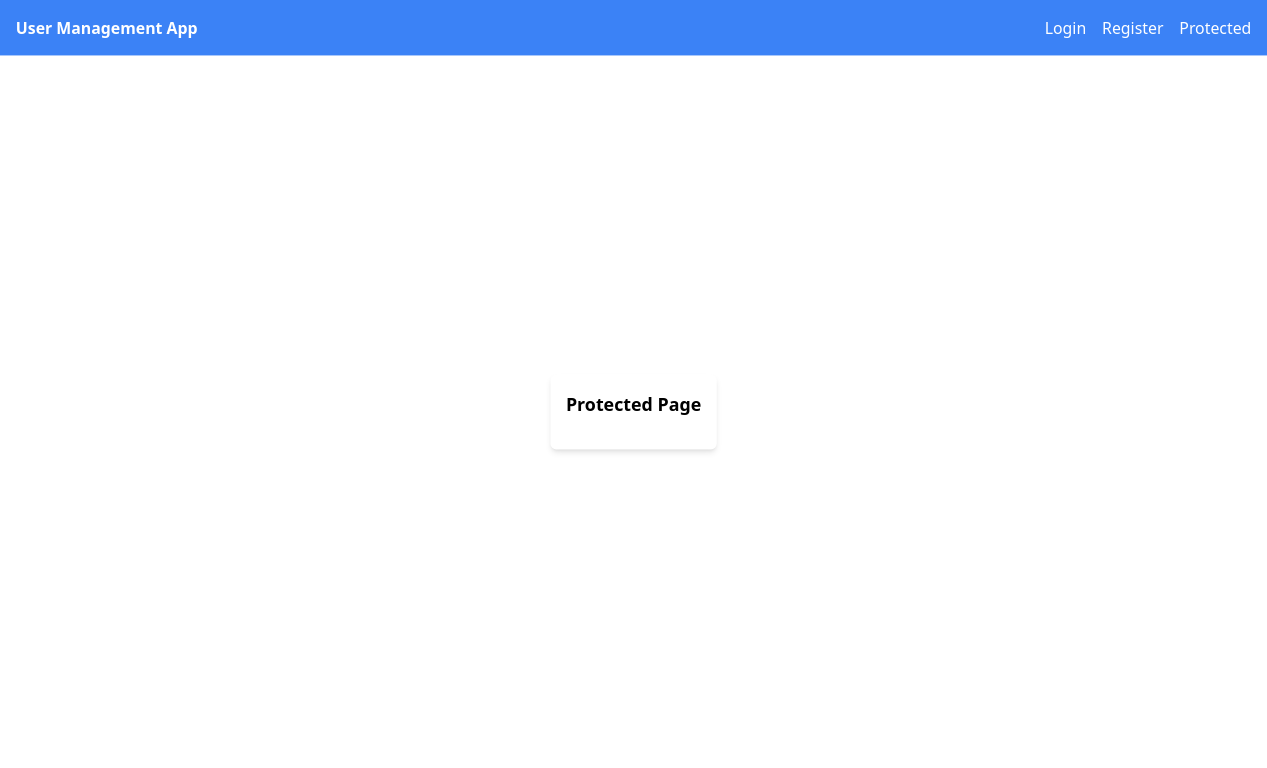
Repository: Ousman37/user-management-app
Page: /protected (app in user-management-frontend/)
An editor plug-in stored every save of this project. The page is shown before and after the next save, followed by the edit.
The browser window is 1280 px wide. The pictures show the whole page, at 99% of full size.
The page's requests for data from a server got no answer. The project was rebuilt for these pictures with package versions that can differ from the ones it lists, and the page was loaded fresh each time. No one was signed in, and anything a server would have sent is missing. Also part of the build but not shown: user-management-frontend/webpack.config.js, user-management-frontend/src/components/form/Login.jsx, user-management-frontend/src/components/form/Register.jsx.

Above is the page before, as saved 2024-08-25 11:05:37.

### user-management-frontend/src/App.js
import React from "react";
import { Routes, Route } from "react-router-dom";
import Login from "./components/form/Login";
import Register from "./components/form/Register";
import ProtectedPage from "./components/ProtectedPage";
import Navbar from "./components/navigation/Navbar";

function App() {
  return (
    <>
      <Navbar />
      <Routes>
        <Route path="/login" element={<Login />} />
        <Route path="/register" element={<Register />} />
        <Route path="/protected" element={<ProtectedPage />} />
      </Routes>
    </>
  );
}

export default App;

### user-management-frontend/src/components/ProtectedPage.jsx
import React, { useEffect, useState } from "react";
import axios from "axios";

function ProtectedPage() {
  const [message, setMessage] = useState("");

  useEffect(() => {
    const fetchProtectedData = async () => {
      const token = localStorage.getItem("token");
      const response = await axios.get("http://localhost:9000/api/protected", {
        headers: {
          Authorization: `Bearer ${token}`,
        },
      });
      setMessage(response.data.message);
    };

    fetchProtectedData();
  }, []);

  return (
    <div className="min-h-screen flex items-center justify-center">
      <div className="p-4 shadow-md rounded-md bg-white">
        <h2 className="text-lg font-bold mb-4">Protected Page</h2>
        <p>{message}</p>
      </div>
    </div>
  );
}

export default ProtectedPage;

### user-management-frontend/src/components/navigation/Navbar.jsx
import React from "react";
import { Link } from "react-router-dom";

function Navbar() {
  return (
    <nav className="bg-blue-500 p-4">
      <div className="container mx-auto flex justify-between">
        <div className="text-white font-bold">User Management App</div>
        <div className="space-x-4">
          <Link to="/login" className="text-white">
            Login
          </Link>
          <Link to="/register" className="text-white">
            Register
          </Link>
          <Link to="/protected" className="text-white">
            Protected
          </Link>
        </div>
      </div>
    </nav>
  );
}

export default Navbar;

Loaded but not shown: user-management-frontend/public/index.html (common file); user-management-frontend/src/index.js (common file); user-management-frontend/src/index.css (common file); user-management-frontend/tailwind.config.js (common file)

After the next save:
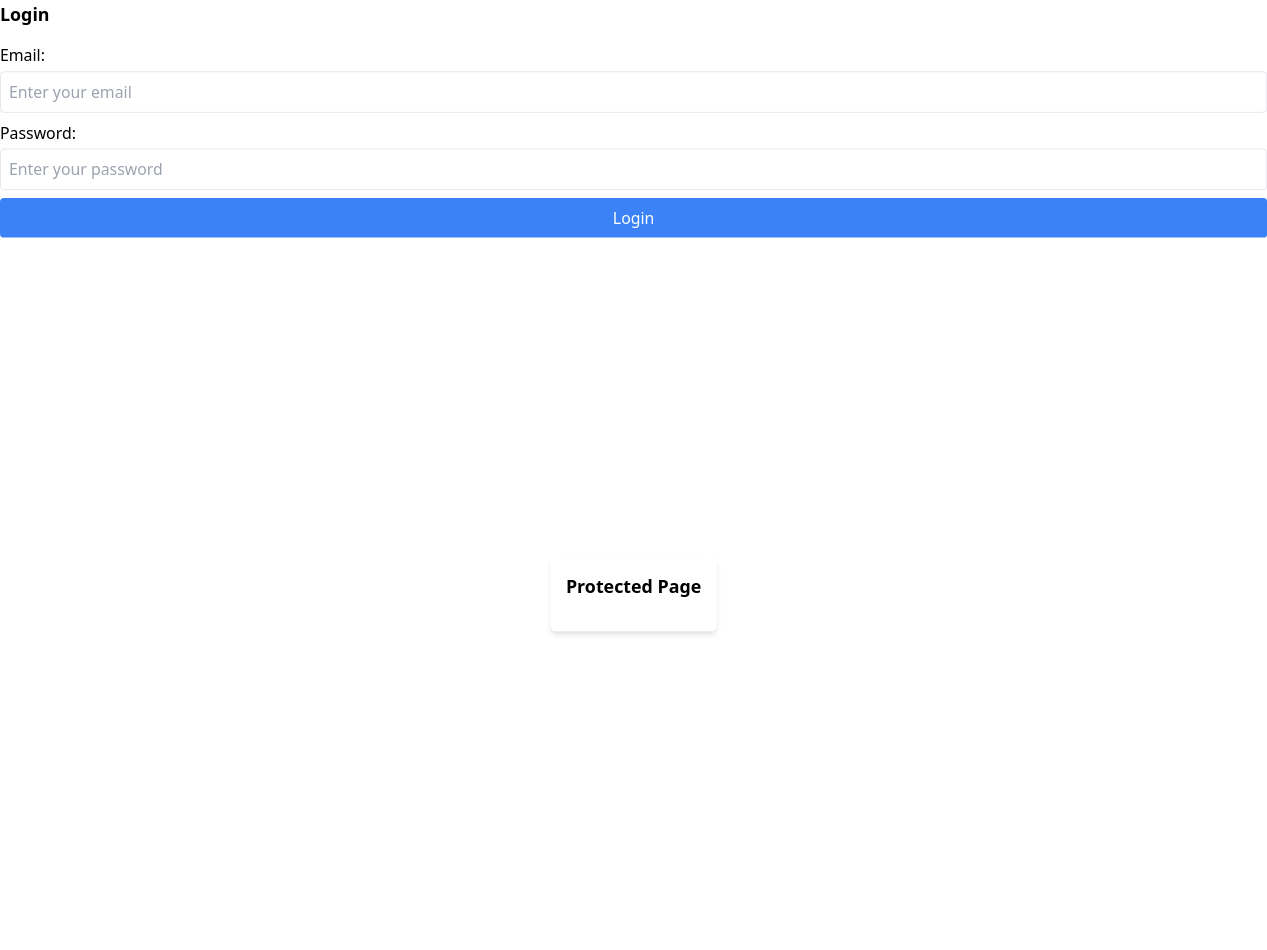
Saved 12 s later.
--- a/user-management-frontend/src/components/navigation/Navbar.jsx
+++ b/user-management-frontend/src/components/navigation/Navbar.jsx
@@ -1,25 +1,64 @@
-import React from "react";
-import { Link } from "react-router-dom";
+import React, { useState } from "react";
+import { useNavigate } from "react-router-dom";
+import axios from "axios";
 
-function Navbar() {
+function Login({ onClose }) {
+  const [email, setEmail] = useState("");
+  const [password, setPassword] = useState("");
+  const [error, setError] = useState("");
+  const navigate = useNavigate();
+
+  const handleSubmit = async (e) => {
+    e.preventDefault();
+    try {
+      const response = await axios.post("http://localhost:9000/api/login", {
+        email,
+        password,
+      });
+      localStorage.setItem("token", response.data.token);
+      navigate("/protected");
+      onClose(); // Close the modal on successful login
+    } catch (error) {
+      setError("Invalid email or password");
+    }
+  };
+
   return (
-    <nav className="bg-blue-500 p-4">
-      <div className="container mx-auto flex justify-between">
-        <div className="text-white font-bold">User Management App</div>
-        <div className="space-x-4">
-          <Link to="/login" className="text-white">
-            Login
-          </Link>
-          <Link to="/register" className="text-white">
-            Register
-          </Link>
-          <Link to="/protected" className="text-white">
-            Protected
-          </Link>
-        </div>
-      </div>
-    </nav>
+    <div>
+      <h2 className="text-lg font-bold mb-4">Login</h2>
+      <form onSubmit={handleSubmit}>
+        <label htmlFor="email" className="block font-medium mb-1">
+          Email:
+        </label>
+        <input
+          type="email"
+          id="email"
+          placeholder="Enter your email"
+          value={email}
+          onChange={(e) => setEmail(e.target.value)}
+          className="block border rounded p-2 mb-2 w-full"
+        />
+        <label htmlFor="password" className="block font-medium mb-1">
+          Password:
+        </label>
+        <input
+          type="password"
+          id="password"
+          placeholder="Enter your password"
+          value={password}
+          onChange={(e) => setPassword(e.target.value)}
+          className="block border rounded p-2 mb-2 w-full"
+        />
+        {error && <p className="text-red-500">{error}</p>}
+        <button
+          type="submit"
+          className="bg-blue-500 text-white p-2 rounded w-full"
+        >
+          Login
+        </button>
+      </form>
+    </div>
   );
 }
 
-export default Navbar;
+export default Login;
